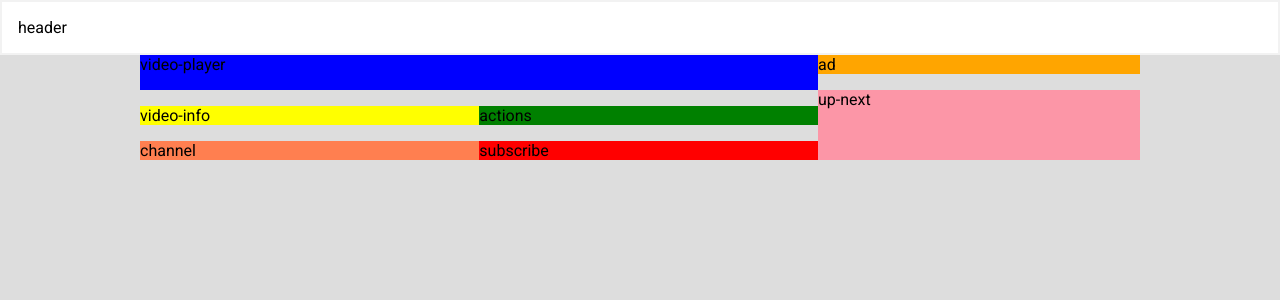
Repository: rafavirginio/clone-do-youtube
Page: index.html
These files come from the project's save history. The page is drawn as it stood at one moment and after the next save; the edit follows.
The browser window is 1280 px wide. The pictures show the whole page.

Above is the page before, as saved 2020-10-04 20:54:37.

After the next save:
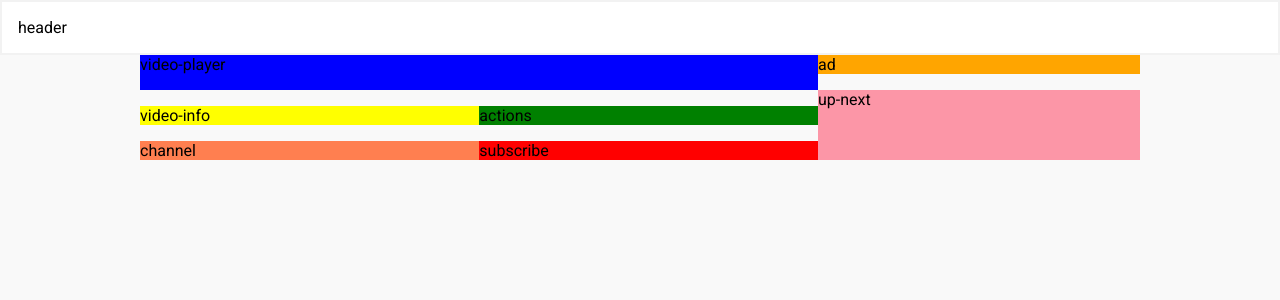
Saved 26 s later.
--- a/style.css
+++ b/style.css
@@ -7,7 +7,7 @@
 }
 
 body {
-    background-color: #ddd;
+    background-color: #f9f9f9;
     font-family: 'roboto', sans-serif;
 }
 
